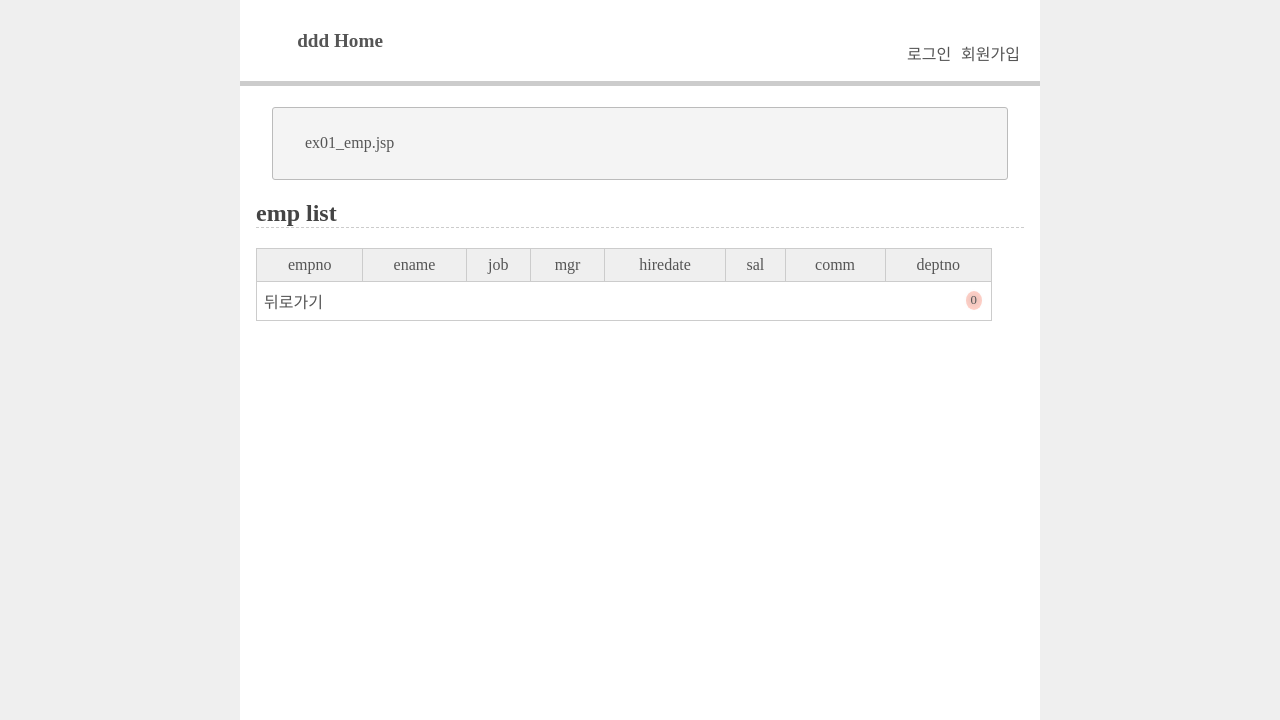
Repository: Deneb0000/JSP
Page: http://localhost/jspPro/days03/ex01_emp.jsp
An editor plug-in stored every save of this project. The page is shown before and after the next save, followed by the edit.
The browser window is 1280 px wide. The pictures show the whole page.
Some web fonts or font styles are not loaded; a fallback is used. The page is served by Tomcat 9. Queries for data that is not in the repository find no rows.

Above is the page before, as saved 2024-10-16 02:28:04.

After the next save:
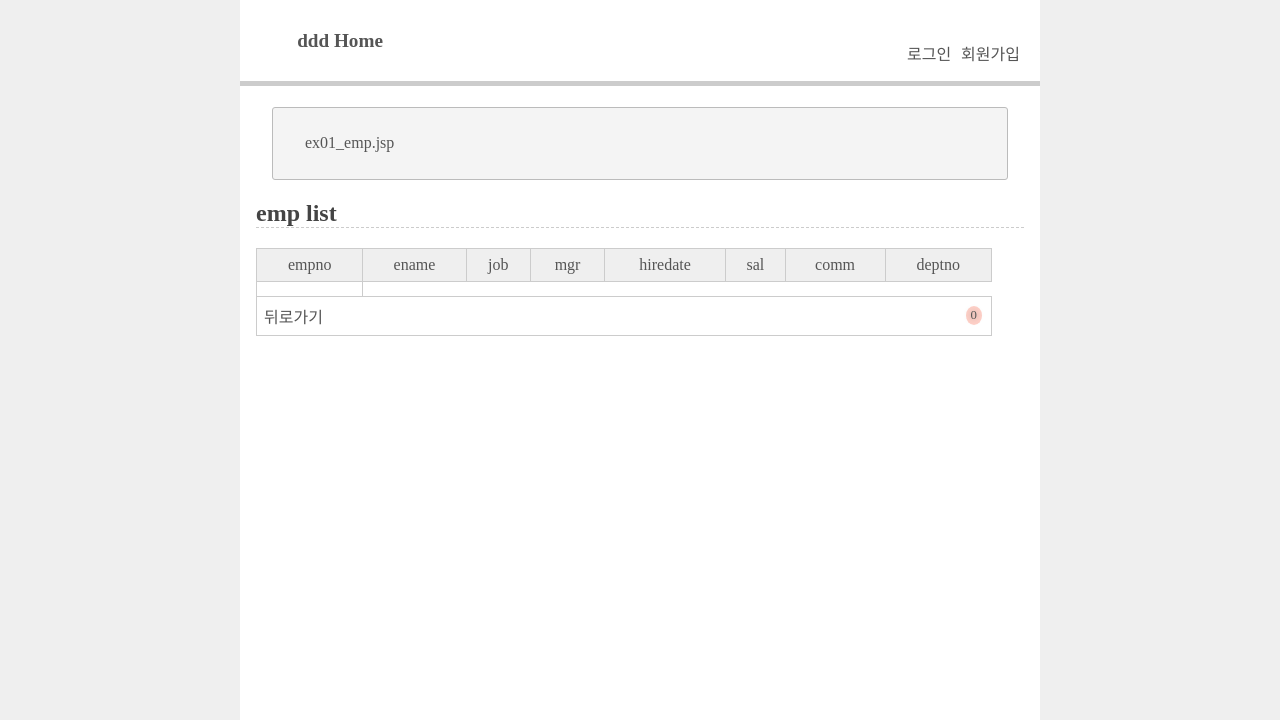
Saved 96 s later.
--- a/jspPro/src/main/webapp/days03/ex01_emp.jsp
+++ b/jspPro/src/main/webapp/days03/ex01_emp.jsp
@@ -128,6 +128,12 @@
   		<th>deptno</th>
   	</thead>
   	<tbody>
+  	<!-- 사원정보 뿌리는 코딩 tr/td -->
+  	<tr>
+
+  	<td></td>
+  	</tr>
+
   	</tbody>
   	<tfoot>
   	<tr>

After the save that followed:
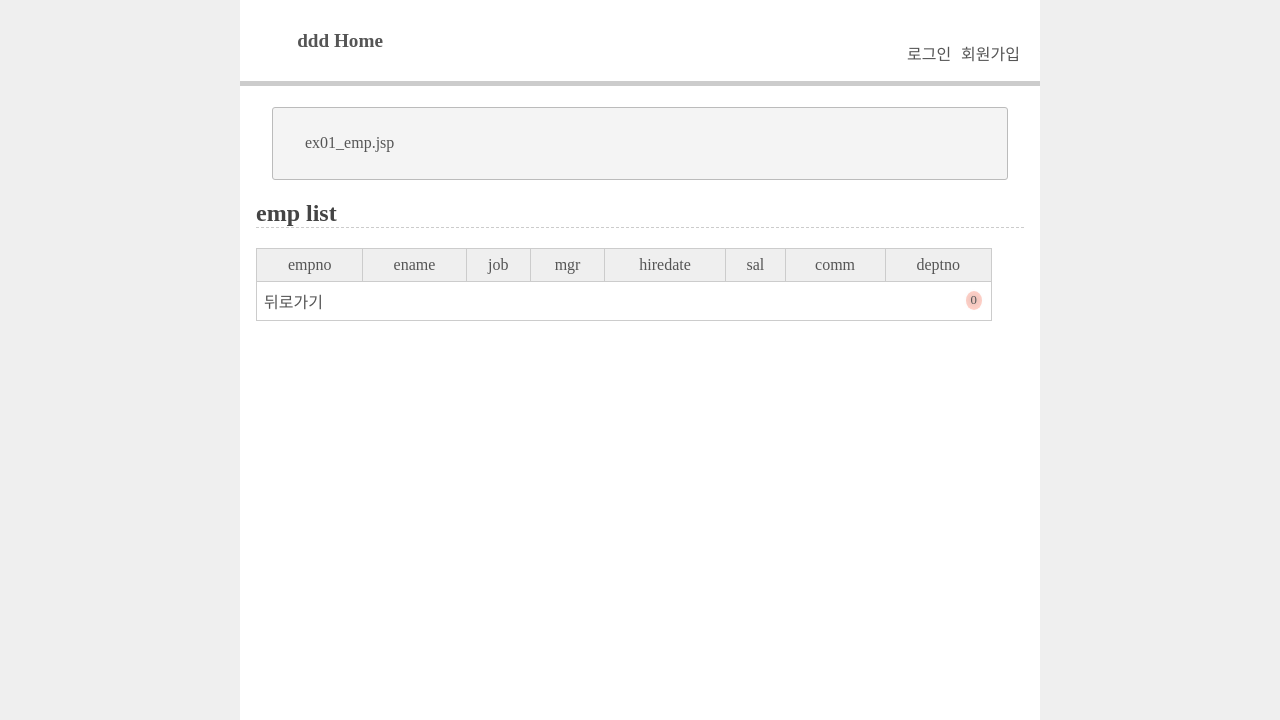
Saved 64 s later.
--- a/jspPro/src/main/webapp/days03/ex01_emp.jsp
+++ b/jspPro/src/main/webapp/days03/ex01_emp.jsp
@@ -129,10 +129,6 @@
   	</thead>
   	<tbody>
   	<!-- 사원정보 뿌리는 코딩 tr/td -->
-  	<tr>
-
-  	<td></td>
-  	</tr>
 
   	</tbody>
   	<tfoot>
